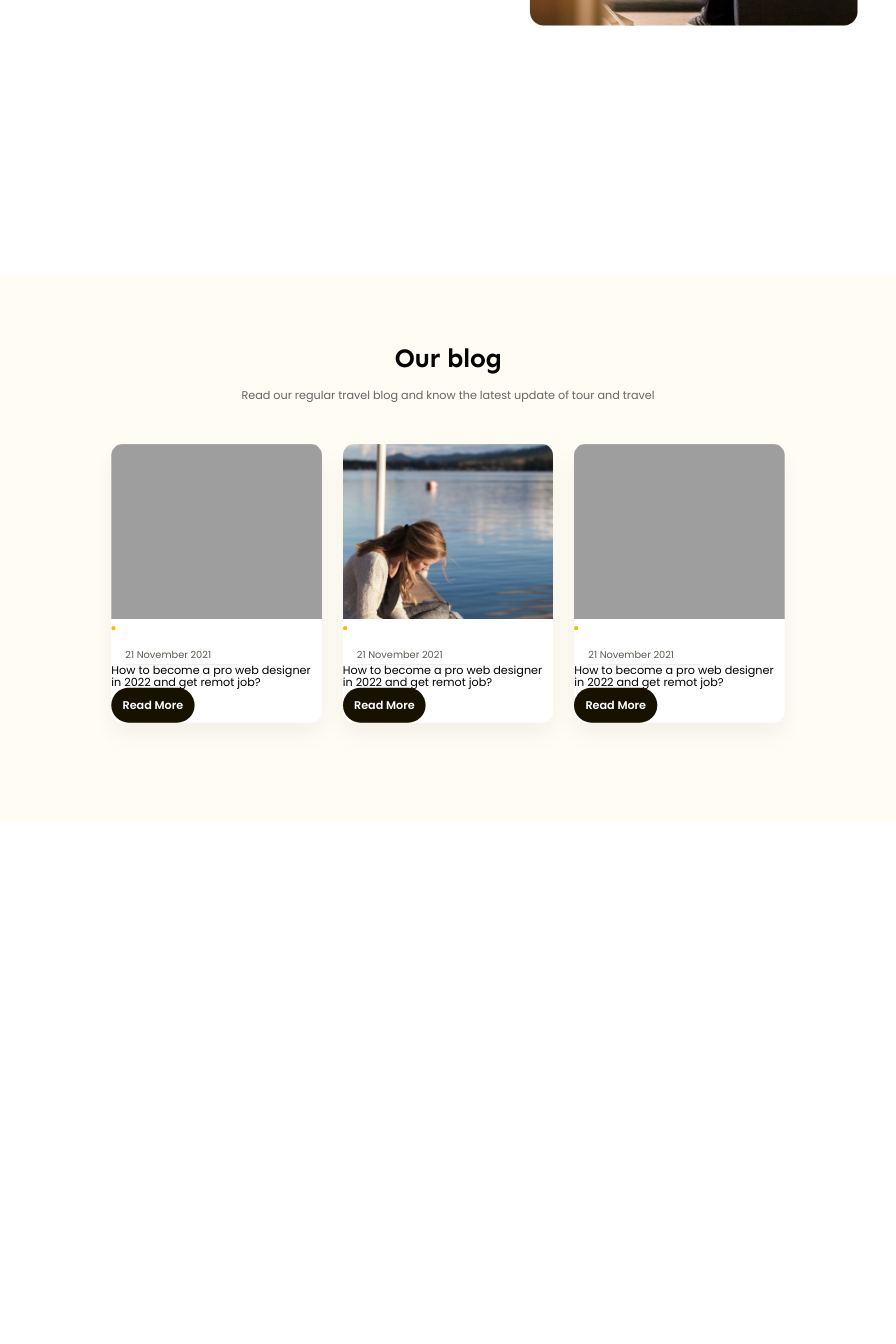
Repository: Toihoclaptrinh/duan1_figma
Page: index.html
An editor plug-in stored every save of this project. The page is shown before and after the next save, followed by the edit.
The browser window is 1280 px wide. The pictures show the part of the page from y = 3588 to 5508 px (the page is 10000 px tall), at 70% of full size.
Pictures or frames that could not be fetched are drawn as grey boxes.

Above is the page before, as saved 2024-02-17 03:30:50.

### index.html
<!DOCTYPE html>
<html lang="en">
  <head>
    <meta charset="UTF-8" />
    <meta name="viewport" content="width=device-width, initial-scale=1.0" />
    <!-- reset css -->
    <link rel="stylesheet" href="./assets/css/reset.css" />
    <!-- embet font -->
    <link rel="preconnect" href="https://fonts.googleapis.com" />
    <link rel="preconnect" href="https://fonts.gstatic.com" crossorigin />
    <link
      href="https://fonts.googleapis.com/css2?family=Poppins:ital,wght@0,400;0,500;0,600;0,700;1,400&family=Sen:wght@700&display=swap"
      rel="stylesheet"
    />

    <!-- style css -->
    <link rel="stylesheet" href="./assets/css/style.css" />

    <title>Figma</title>
  </head>
  <body style="height: 10000px">
    <!-- header -->
    <header class="header fixed">
      <div class="main-content">
        <div class="body">
          <!-- logo -->
          <img src="./assets/icon/Lesson..svg" alt="Lesson" />
          <!-- navigation -->
          <nav class="nav">
            <ul>
              <li class="active">
                <a href="#!">Home</a>
              </li>
              <li>
                <a href="#!">Courses</a>
              </li>
              <li>
                <a href="#!">Pricing</a>
              </li>
              <li>
                <a href="#!">Reviews</a>
              </li>
            </ul>
          </nav>
          <!-- btn action -->
          <div class="action">
            <a href="#!" class="btn btn-sign-up">Sign Up</a>
          </div>
        </div>
      </div>
    </header>

    <main>
       <!-- code phần hero -->
      <div class="hero">
        <div class="main-content">
          <div class="body">
            <!-- hero left -->
            <div class="media-block">
              <img
                src="./assets/img/guy-lesson 1.jpg"
                alt="ảnh minh họa"
                class="img"
              />
              <div class="hero-summary">
                <!-- item 1 -->
                <div class="item">
                  <div class="icon">
                    <img src="./assets/icon/Design.svg" alt="icon design" />
                  </div>
                  <div class="info">
                    <p class="label">20 Courses</p>
                    <p class="title">UI/UX Design</p>
                  </div>
                </div>
                <!-- item 2 -->
                <div class="item">
                  <div class="icon icon2">
                    <img src="./assets/icon/Dev.svg" alt="icon dev" />
                  </div>
                  <div class="info">
                    <p class="label">20 Courses</p>
                    <p class="title">Development</p>
                  </div>
                </div>
                <!-- item 3 -->
                <div class="item">
                  <div class="icon icon3">
                    <img src="./assets/icon/Mark.svg" alt="icon marketing" />
                  </div>
                  <div class="info">
                    <p class="label">30 Courses</p>
                    <p class="title">Marketing</p>
                  </div>
                </div>
              </div>
            </div>
              <!-- hero-right -->
              <div class="contain-block">
                <h1 class="heading">
                  Learn without limits and spread knowledge.
                </h1>
                <p class="desc">
                  Build new skills for that “this is my year” feeling with
                  courses, certificates, and degrees from world-class
                  universities and companies.
                </p>
                <div class="cta-group">
                  <a href="#!" class="btn">See Courses</a>
                  <button class="watch-video">
                    <div class="icon">
                      <img src="./assets/icon/Polygon 2.svg" alt="play video" />
                    </div>
                    <span>Watch Video</span>
                  </button>
                </div>
                <p class="desc descRecent">Recent engagement</p>
                <p class="desc descstrong" >
                  <strong>50K</strong> Students <strong>70+</strong> Courses
                </p>
              </div>
          </div>
        </div>
        </div>
      </div>
       <!-- code phần pupular -->
      <div class="popular">
        <div class="main-content">
          <div class="pupular-top">
            <!-- khối bên trái  -->
            <div class="info">
              <h2 class="heading-lv2">Our popular courses</h2>
              <p class="desc">Build new skills with new trendy courses and shine for the next future career.</p>
            </div>
              <div class="controls">
                <button class="control-btn">
                  <svg width="8" height="14" viewBox="0 0 8 14" fill="none" xmlns="http://www.w3.org/2000/svg">
                    <path d="M7 1L1 7L7 13" stroke="currentColor" stroke-linecap="round" stroke-linejoin="round"/>
                    </svg>
                </button>
                <button class="control-btn">
                  <svg width="8" height="14" viewBox="0 0 8 14" fill="none" xmlns="http://www.w3.org/2000/svg">
                    <path d="M1 1L7 7L1 13" stroke="currentColor" stroke-linecap="round" stroke-linejoin="round"/>
                    </svg>
                </button>
              </div>
          </div>
          <div class="courses-list">
            <!-- khối thứ 1  -->
            <div class="courses-item">
              <a href="#!"><img src="./assets/img/thumb.jpg" alt="Basic web design" class="thumb"></a>
              <div class="info">
                <div class="head">
                  <h3 class="title"><a href="#!">Basic web design</a></h3>
                  <div class="rating">
                      <img src="./assets/icon/Star.svg" alt="star" class="star">
                      <span class="value">4.5</span>
                   </div>
                </div>

              <div class="desc">
                <p>Get the best course, gain knowledge and shine for your future career.</p>
              </div>
              <div class="foot">
                <span class="price">$120.75</span>
                <button class="btn">Book Now</button>
              </div>
            </div>
          </div>
            <!-- khối thứ 2 -->
            <div class="courses-item">
             <a href="#!"> <img src="./assets/img/thum2.jpg" alt="UI/UX design" class="thumb"></a>
              <div class="info">
                <div class="head">
                  <h3 class="title"><a href="#!">UI/UX design</a></h3>
                  <div class="rating">
                    <img src="./assets/icon/Star.svg" alt="star" class="star">
                      <span class="value">4.5</span>
                   </div>
                </div>

              <div class="desc">
                <p>Get the best course, gain knowledge and shine for your future career.</p>
              </div>
              <div class="foot">
                <span class="price">$120.75</span>
                <button class="btn">Book Now</button>
              </div>
            </div>
          </div>
            <!-- khối thứ 3 -->
            <div class="courses-item">
              <a href="#!"><img src="./assets/img/thumb3.png" alt="Web App design" class="thumb"></a>
              <div class="info">
                <div class="head">
                  <h3 class="title"><a href="#!">Web App design</a></h3>
                  <div class="rating">
                    <img src="./assets/icon/Star.svg" alt="star" class="star">
                      <span class="value">4.5</span>
                   </div>
                </div>
                <div class="desc">
                  <p>Get the best course, gain knowledge and shine for your future career.</p>
                </div>
                <div class="foot">
                  <span class="price">$120.75</span>
                  <button class="btn">Book Now</button>
                </div>
            </div>
          </div>
        </div>
        </div>
    </div>
      <!-- code phần feedback -->
    <div class="feedback">
        <div class="main-content">
          <div class="feedback-list">
            <!-- item 1 -->
            <div class="feedback-items">
              <!-- khối bên trái -->
                <div class="info">
                  <img src="./assets/img/avatar.jpg" alt="avatar" class="avatar">
                  <p class="name">Peter Moor</p>
                  <p class="desc">Student of Web Design</p>
                  <div class="dots">
                    <span class="dot active"></span>
                    <span class="dot"></span>
                    <span class="dot"></span>
                  </div>
                </div>
                <!-- khối bên phải -->
                <div class="describe">
                  <img src="./assets/icon/quotes.svg" alt="quotes" class="quotes">
                  <p class="desc"> Not only does my resume look impressive—filled with the names and logos of
                    world-class institutions—but these certificates also bring me closer to my career goals by
                    validating the skills I've learned." </p>
                </div>
            </div>
            <!-- item 2 -->
            <div class="feedback-items">
              <!-- khối bên trái -->
                <div class="info">
                  <img src="./assets/img/avatar.jpg" alt="avatar" class="avatar">
                  <p class="name">Peter Moor</p>
                  <p class="desc">Student of Web Design</p>
                  <div class="dots">
                    <span class="dot"></span>
                    <span class="dot active"></span>
                    <span class="dot"></span>
                  </div>
                </div>
                <!-- khối bên phải -->
                <div class="describe">
                  <img src="./assets/icon/quotes.svg" alt="quotes" class="quotes">
                  <p class="desc"> Not only does my resume look impressive—filled with the names and logos of
                    world-class institutions—but these certificates also bring me closer to my career goals by
                    validating the skills I've learned." </p>
                </div>
            </div>
            <!-- item 3 -->
            <div class="feedback-items">
              <!-- khối bên trái -->
                <div class="info">
                  <img src="./assets/img/avatar.jpg" alt="avatar" class="avatar">
                  <p class="name">Peter Moor</p>
                  <p class="desc">Student of Web Design</p>
                  <div class="dots">
                    <span class="dot"></span>
                    <span class="dot"></span>
                    <span class="dot active"></span>
                  </div>
                </div>
                <!-- khối bên phải -->
                <div class="describe">
                  <img src="./assets/icon/quotes.svg" alt="quotes" class="quotes">
                  <p class="desc"> Not only does my resume look impressive—filled with the names and logos of
                    world-class institutions—but these certificates also bring me closer to my career goals by
                    validating the skills I've learned." </p>
                </div>
            </div>
          </div>
        </div>
    </div>
    <div class="features">
      <div class="main-content">
        <div class="body">
          <div class="images">
            <img class="lower" src="./assets/img/features1.jpg" alt="minh họa">
            <img class="upper" src="./assets/img/features2.jpg" alt="minh họa">
          </div>
        <div class="contain">
          <h2 class="heading-lv2">Learner outcomes through our awesome platform</h2>
          <p class="desc">87% of people learning for professional development report career benefits like
            getting a promotion, a raise, or starting a new career.</p>
          <p class="desc">Lesson Impact Report (2022)</p>
          <a href="" class="btn">Sign Up</a>
        </div>
      </div>
      </div>
    </div>
    <div class="features2">
      <div class="main-content">
        <div class="body">
          <div class="content">
            <h2 class="f-heading">Take the next step toward your personal and professional goals with Lesson.</h2>
            <p class="desc">Take the next step toward. Join now to receive personalized  and more recommendations from the full Coursera catalog.</p>
            <a href="" class="btn">Join Now</a>
          </div>
          <img src="./assets/img/Rectangle 11.jpg" alt="minh họa" class="left-img">
        </div>
      </div>
    </div>
    <div class="blogs">
      <div class="main-content">
        <div class="blog-top">
          <h2 class="heading-lv2">Our blog</h2>
          <p class="desc">Read our regular travel blog and know the latest update of tour and travel</p>
        </div>
        <div class="blog-list">
          <!-- item1 -->
          <div class="blog-item">
            <img src="./assets/img/blog_thumb1.png" alt="How to become a pro web designer in 2022 and get remot job?" class="thumb">
            <div class="blog-content">
              <div class="flex-date">
                <img src="./assets/icon/blog_ellipse.svg" alt="dot">
                <p class="date">21 November 2021</p>
              </div>
              <h3 class="title">How to become a pro web designer in 2022 and get remot job?</h3>
              <a href="" class="btn">Read More</a>
            </div>
          </div>
          <!-- item2 -->
          <div class="blog-item">
            <img src="./assets/img/blog-thumb3.jpg" alt="How to become a pro web designer in 2022 and get remot job?" class="thumb">
            <div class="blog-content">
              <div class="flex-date">
                <img src="./assets/icon/blog_ellipse.svg" alt="dot">
                <p class="date">21 November 2021</p>
              </div>
              <h3 class="title">How to become a pro web designer in 2022 and get remot job?</h3>
              <a href="" class="btn">Read More</a>
            </div>
          </div>
          <!-- item3 -->
          <div class="blog-item">
            <img src="./assets/img/blog_thumb2.png" alt="How to become a pro web designer in 2022 and get remot job?" class="thumb">
            <div class="blog-content">
              <div class="flex-date">
                <img src="./assets/icon/blog_ellipse.svg" alt="dot">
                <p class="date">21 November 2021</p>
              </div>
              <h3 class="title">How to become a pro web designer in 2022 and get remot job?</h3>
              <a href="" class="btn">Read More</a>
            </div>
          </div>
        </div>
        <div class="blog-dots">
          <span class="dot"></span>
          <span class="dot active"></span>
          <span class="dot"></span>
        </div>
      </div>
    </div>
    </main>
  </body>
</html>

Loaded but not shown: assets/css/reset.css (common file); assets/css/style.css (653 lines, source omitted)

After the next save:
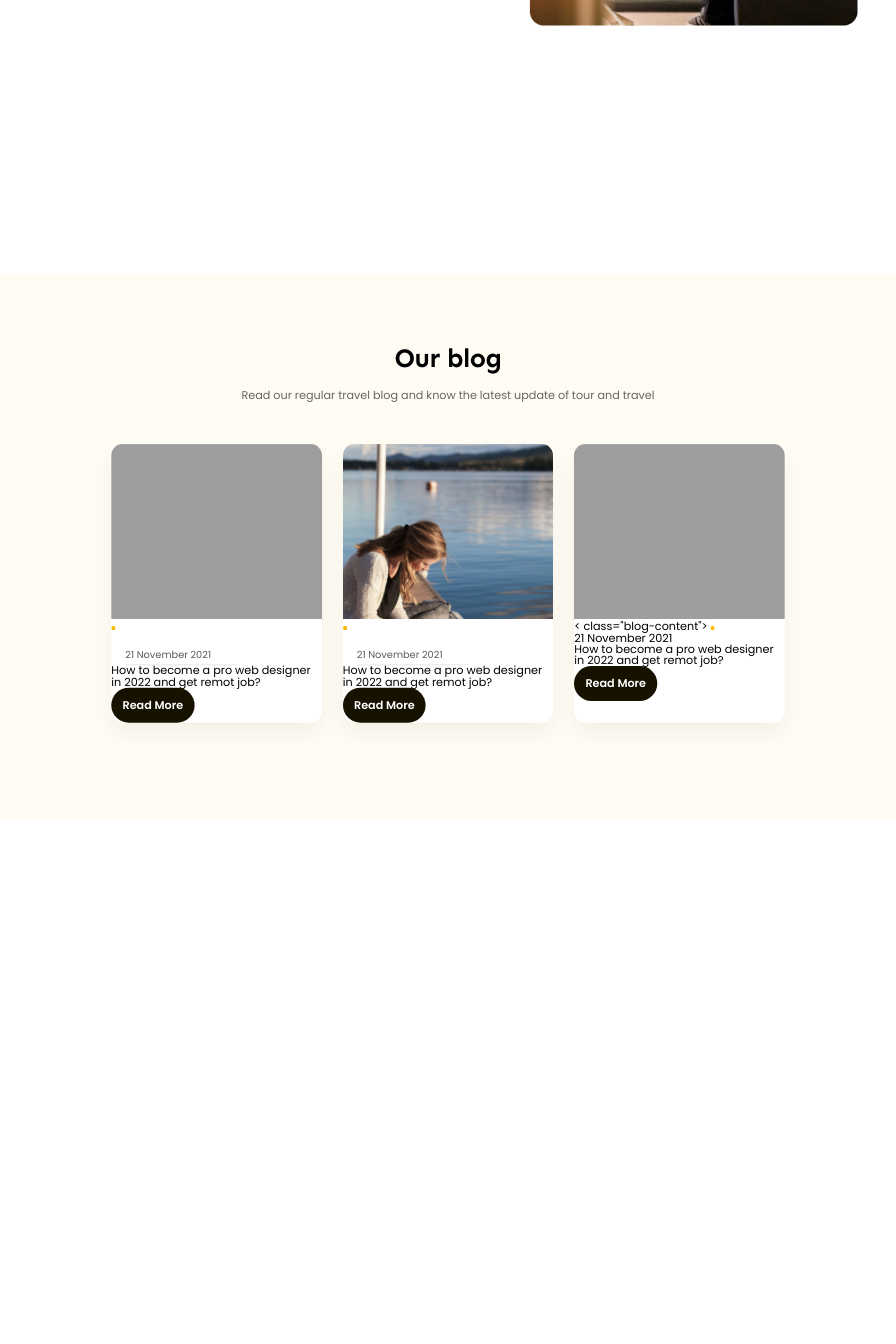
Saved 80 s later.
--- a/index.html
+++ b/index.html
@@ -344,11 +344,9 @@
           <!-- item3 -->
           <div class="blog-item">
             <img src="./assets/img/blog_thumb2.png" alt="How to become a pro web designer in 2022 and get remot job?" class="thumb">
-            <div class="blog-content">
-              <div class="flex-date">
+            < class="blog-content">
                 <img src="./assets/icon/blog_ellipse.svg" alt="dot">
                 <p class="date">21 November 2021</p>
-              </div>
               <h3 class="title">How to become a pro web designer in 2022 and get remot job?</h3>
               <a href="" class="btn">Read More</a>
             </div>

After the save that followed:
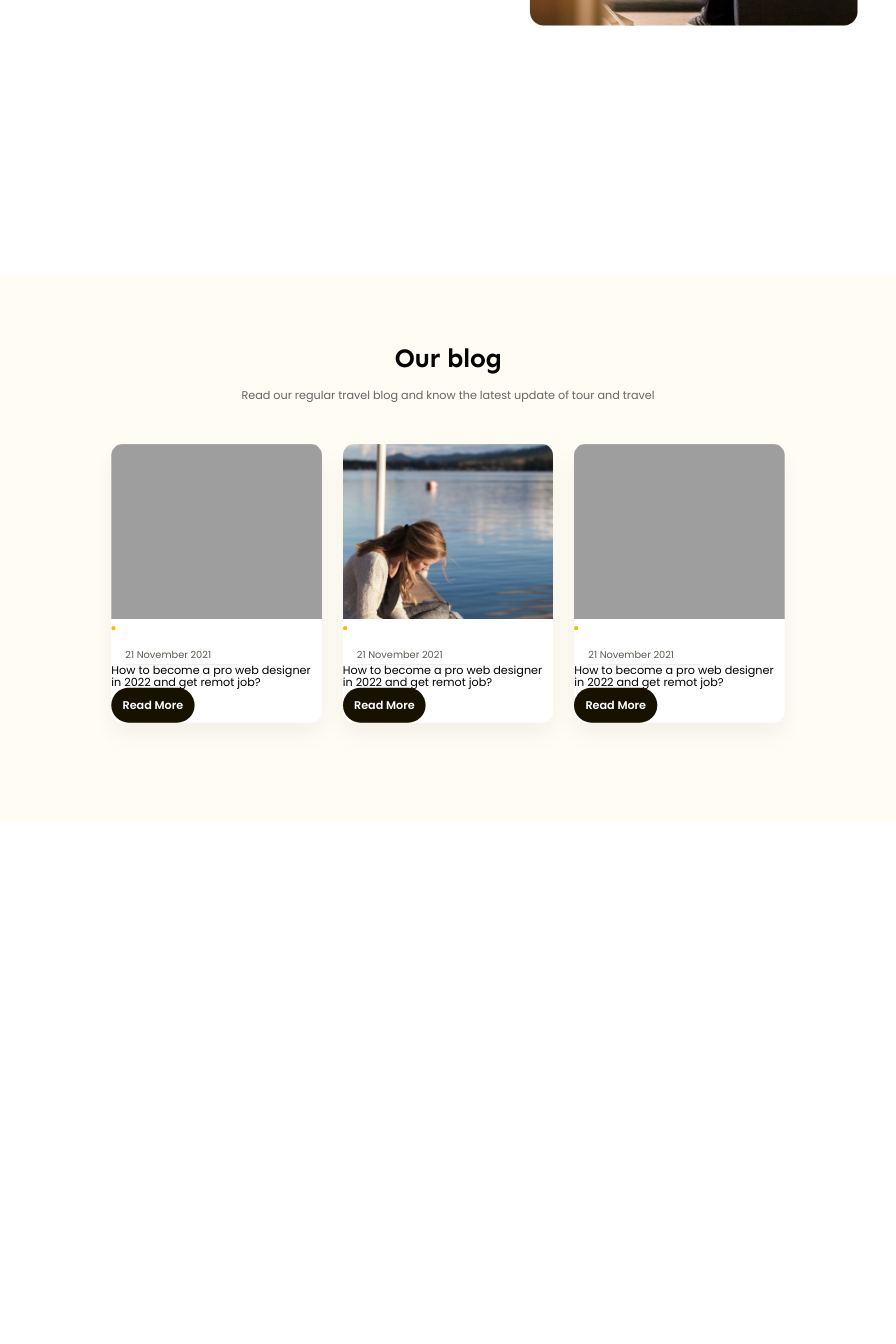
Saved 7 s later.
--- a/index.html
+++ b/index.html
@@ -344,9 +344,10 @@
           <!-- item3 -->
           <div class="blog-item">
             <img src="./assets/img/blog_thumb2.png" alt="How to become a pro web designer in 2022 and get remot job?" class="thumb">
-            < class="blog-content">
+            <div class="blog-content">
                 <img src="./assets/icon/blog_ellipse.svg" alt="dot">
                 <p class="date">21 November 2021</p>
+              </div>
               <h3 class="title">How to become a pro web designer in 2022 and get remot job?</h3>
               <a href="" class="btn">Read More</a>
             </div>
